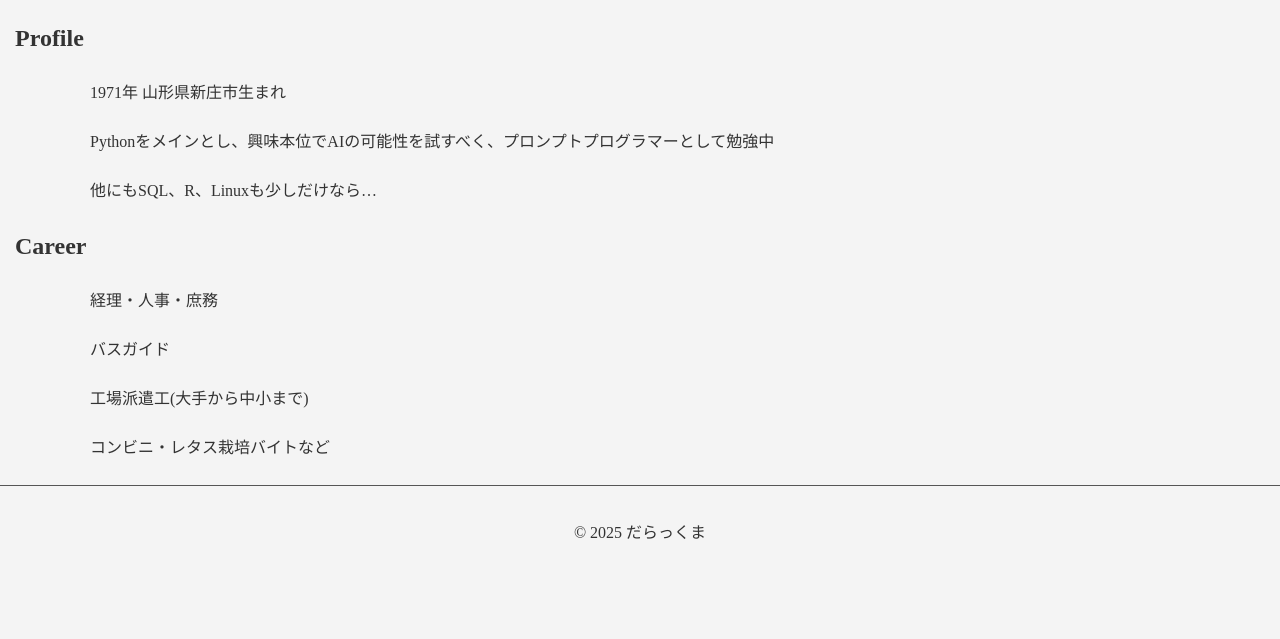
Repository: rydeen7907/html
Page: profile.html
These files come from the project's save history. The page is drawn as it stood at one moment and after a run of saves; the edit follows.
The browser window is 1280 px wide. The pictures show the whole page.

Above is the page before, as saved 2025-04-27 17:44:18.

### profile.html
<!DOCTYPE html>
<html lang="ja">
<head>
    <meta charset="UTF-8">
    <meta name="viewport" content="width=device-width, initial-scale=1.0">
    <title>Profile - だらっくまのサイト</title>
    <link rel="stylesheet" href="style.css">
</head>
<body>
    <main>
        <h2>Profile</h2>
        <ul>
            <p>1971年 山形県新庄市生まれ</p>

            <p>Pythonをメインとし、興味本位でAIの可能性を試すべく、プロンプトプログラマーとして勉強中</p>

            <p>他にもSQL、R、Linuxも少しだけなら…</p>
        </ul>

        <h2>Career</h2>
        <ul>
        <p>経理・人事・庶務</p>

        <p>バスガイド</p>

        <p>工場派遣工(大手から中小まで)</p>

        <p>コンビニ・レタス栽培バイトなど</p>
        </ul>

        <h2>

    </main>

 <footer class="social-links">
        <p>&copy; 2025 だらっくま</p>
    </footer>

</body>
</html>

### style.css
/* 基本スタイル */
:root {
    /* 色の設定 */
    --text-color-dark: #333; /*  */
    --text-color-light: #555; /*  */
    --background-color: #f4f4f4; /*  */
    --background-color-scroll: aqua; /*  */
    --link-color: #333; /* リンクの色 */
    --link-color-hover: #ff8000; /* ホバー時のリンク色 */

/* タイポグラフィ */
    --font-family: Arial, sans-serif; /* フォントファミリー */
    --line-height-base: 1.5; /* 行間を調整 (例：1.5倍 px,%,emでも可能) */
    --font-size-small: 12px; /* フォントサイズを小さく */
    --font-size-base: 16px; /* 基本フォントサイズ */
    --font-size-large: 24px; /* 大きなフォントサイズ */
    --font-size-xlarge: 32px; /* 特大フォントサイズ */

/* 余白 */
    --margin-xs: 5px; /* 小さなマージン */
    --margin-s: 10px; /* 基本マージン */
    --margin-m: 15px; /* 中くらいのマージン */
    --margin-l: 20px; /* 大きなマージン */
    --margin-xl: 25px; /* 特大マージン */
    --margin-xxl: 40px; /* 特特大マージン */
    --margin-xxxl: 50px; /* 特特特大マージン */
}

body {
    margin: 0; /* ブラウザデフォルトのマージンをリセット */
    padding: 0; /* ブラウザデフォルトのパディングをリセット */
    padding-bottom: var(--margin-xxxl); /* ページ下部のパディングを追加 */
    font-family: var(--font-size-base);
    line-height: var(--line-height-base); /* 行間を読みやすく調整 (例：2.0倍 px,%,emでも可能) */
    color: var(--text-color-dark); /* 文字色を濃いグレーに設定 */
    background-color: var(--background-color); /* 背景色を薄いグレーに設定 */
}

/* ヘッダー */
.header-image {
    display: block; /* 中央配置のためブロック要素に */
    width: 100%;
    /* max-width: auto; は width: 100%; があれば不要 */
    height: 400px;
    margin: 0 auto; /* 上下のマージンは０、左右は自動で中央揃え */
    object-fit: cover; /* 画像のアスペクト比を維持、要素に合わせる */
}

/* 画像の説明文 */
.image-caption {
    padding-top: var(--margin-xs); /* 上部のパディングを追加 */
    padding-bottom: var(--margin-xs); /* 下部のパディングを追加 */
    padding-left: var(--margin-m);    /* 左側のパディングを追加 */
    padding-right: var(--margin-m); /* 右側のパディングを追加 */

    margin-top: var(--margin-xs); /* 上部のマージンを追加 */
    margin-bottom: var(--margin-xl); /* 下部のマージンを追加 */
    font-size: var(--font-size-small); /* フォントサイズを小さく */
    color: var(--text-color-light); /* 文字色を薄いグレーに */
    text-align: right; /* 右寄せ */
}

/* 画像キャプション内のリンク */
.image-caption a {
    color: inherit; /* リンクの色 */
    text-align: right;
    text-decoration: none; /* 下線を削除 */
}
.image-caption a:hover,
.image-caption a:focus {
    color: var(--link-color-hover); /* ホバー時のリンク色 */
    text-decoration: underline; /* 下線を追加 */
}

/* スクロールテキストコンテナ */
.scrolling-text-container {
    width: 100%; /* 幅 */
    height: 55px; /* 高さ */
    margin-bottom: var(--margin-xxl); /* 下部のマージンを追加 */
    padding-top: var(--margin-xs); /* 上部のパディングを追加 */
    padding-bottom: var(--margin-s); /* 下部のパディングを追加 */
    box-sizing: border-box; /* パディングとボーダーを含めたサイズ計算 */
    background-color: var(--background-color-scroll); /* 背景色をアクアに設定 */
    overflow: hidden; /* はみ出た部分を隠す */
}

/* スクロールテキスト */
.scrolling-text {
    display: inline-block; /* インラインブロック要素に設定 */
    margin: 0; /* コンテナ内でのマージンを削除 */
    padding-left: 100%; /* 開始位置を右側に設定 */
    font-size: var(--font-size-large); /* フォントサイズ */
    font-weight: bold; /* 太字に設定 */
    color: var(--text-color-dark); /* 文字色を濃いグレーに */
    white-space: nowrap; /* 折り返し禁止 */
    animation: scroll-left 25s linear infinite; /* アニメーションを適用 */

}

/* スクロールアニメーションの定義 */
@keyframes scroll-left {
    0% {
        transform: translateX(0); /* 開始位置 */
    }
    100% {
        /* テキスト自身の幅だけ左に移動させる */
        transform: translateX(-150%);
    }
}

/* メインコンテンツ */
h1 {
    margin: var(--margin-xxl) 0 var(--margin-l); /* 上下のマージンを追加 */
    font-size: var(--font-size-xlarge); /* フォントサイズ */
    font-weight: bold; /* 太字に設定 */
    text-align: center; /* 中央配置 */
    color: var(--text-color-dark); /* 文字色を濃いグレーに */
}

main h2{
    margin-left: var(--margin-m); /* 左側のマージンを追加 */
}

/* 段落 p */
p {
    margin: var(--margin-xl) 0 ; /* 上下のマージンを追加 */
    text-align: center; /* 中央配置 */
    font-size: var(--font-size-base); /* フォントサイズ */
}

main p{
    margin-left: var(--margin-xxxl); /* 左側のマージンを追加 */
    text-align: left; /* 左寄せ */
    font-size: var(--font-size-base); /* フォントサイズ */
}

/* リンク a */
a {
    display: block;
    color: var(--link-color); /* 文字色を赤に */
    margin: var(--margin-s) auto; /* 上部のマージンを追加 */
    font-size: var(--font-size-base); /* フォントサイズ */
    font-weight: bold; /* 太字に設定 */
    text-align: center; /* 中央配置 */
    text-decoration: none; /* 下線を削除 */
    transition: color 0.3s; /* ホバー時の色変更にトランジションを追加 */
}

/* ホバー時のスタイル */
a:hover,
a:focus { /* ホバーとフォーカス時に適用するスタイル */
    color: var(--link-color-hover); /* ホバー時の文字色をオレンジに変更 */
    text-decoration: underline; /* 下線を追加 */
}

/* SNS リンク */
.social-links {
    text-align: center;
    margin: var(--margin-xl) 0; /* 上下のマージンを追加 */
    padding-bottom: var(--margin-s); /* 上下のパディングを追加 */
    border-top: 1px solid var(--text-color-light); /* 上部に薄いグレーのボーダーを追加 */
    padding-top: var(--margin-s); /* 上部のパディングを追加 */
}

.social-links h2 {
    font-size: var(--font-size-base); /* フォントサイズ */
    color: var(--text-color-dark); /* 文字色を濃いグレーに */
    margin: var(--margin-s) 0; /* 上下のマージンを追加 */
    font-weight: normal; /* 太字に設定 */
}

.social-links ul {
    list-style: none; /* リストのマークを削除 */
    padding: 0; /* パディングを削除 */
    margin: 0; /* マージンを削除 */
}

.social-links li {
    display: inline-block; /* 横並び */
    margin: 0 var(--margin-s); /* 左右のマージンを追加 */
}

/* SNSリンク 固有のスタイル */
.social-links a {
    display: inline-block; /* クリック範囲を確保 */
    line-height: 1; /* 画像のベースラインを揃えるのに役立つ */
    /* color: var(--link-color); /* リンクの色 */
    text-decoration: none; /* 下線を削除 */
    /*font-size: var(--font-size-base); /* フォントサイズ */
    transition: opacity 0.3s; /* ホバー時の透明度変更 (テキスト：color 0.3s)*/
}

.social-icon {
    width: 48px; /* アイコンの幅 */
    height: 48px; /* アイコンの高さ */
    vertical-align: middle; /* 他のアイコンと並んだ場合の垂直配置を中央に */
    /*object-fit: cover; /* 画像のアスペクト比を維持、要素に合わせる */
}

/* ホバー時のスタイル */
.social-links a:hover,
.social-links a:focus {
    /* color: var(--link-color-hover); /* ホバー時の文字色をオレンジに変更 */
    /* text-decoration: underline; /* 下線を追加 */
    opacity: 0.7; /* ホバー時の透明度を変更 */
}

After the next 2 saves:
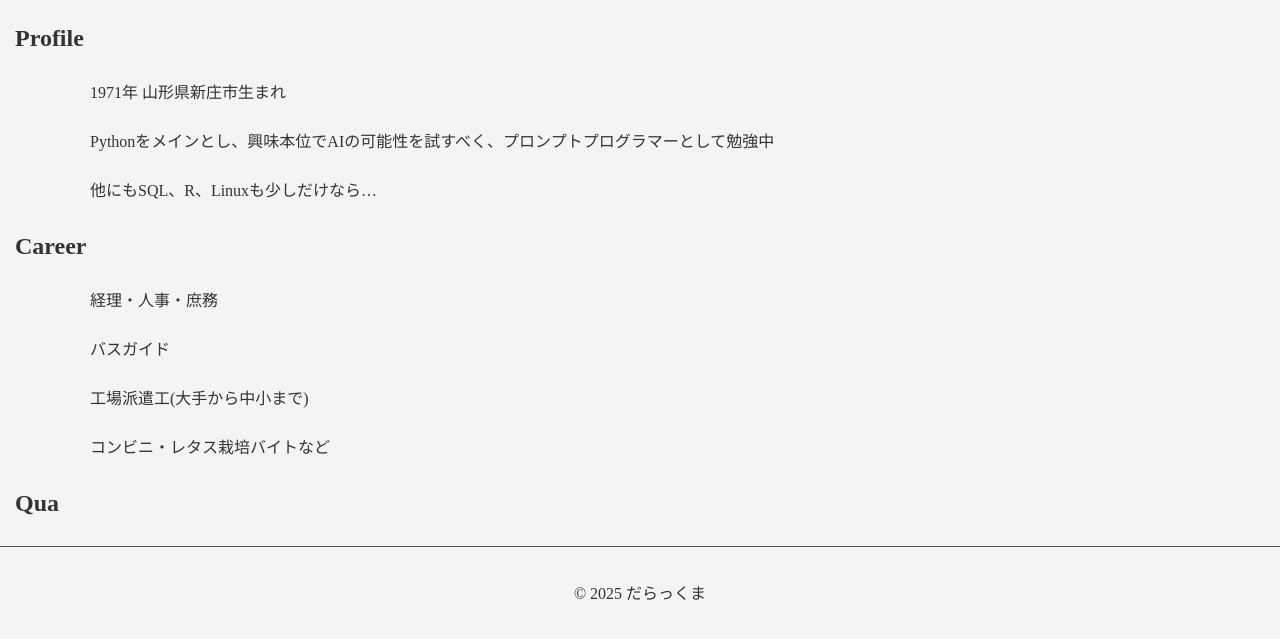
The 2 saves are shown as one change because they came seconds apart.
The last was saved 7 s later.
--- a/profile.html
+++ b/profile.html
@@ -28,7 +28,7 @@
         <p>コンビニ・レタス栽培バイトなど</p>
         </ul>
 
-        <h2>
+        <h2>Qua
 
     </main>
 
